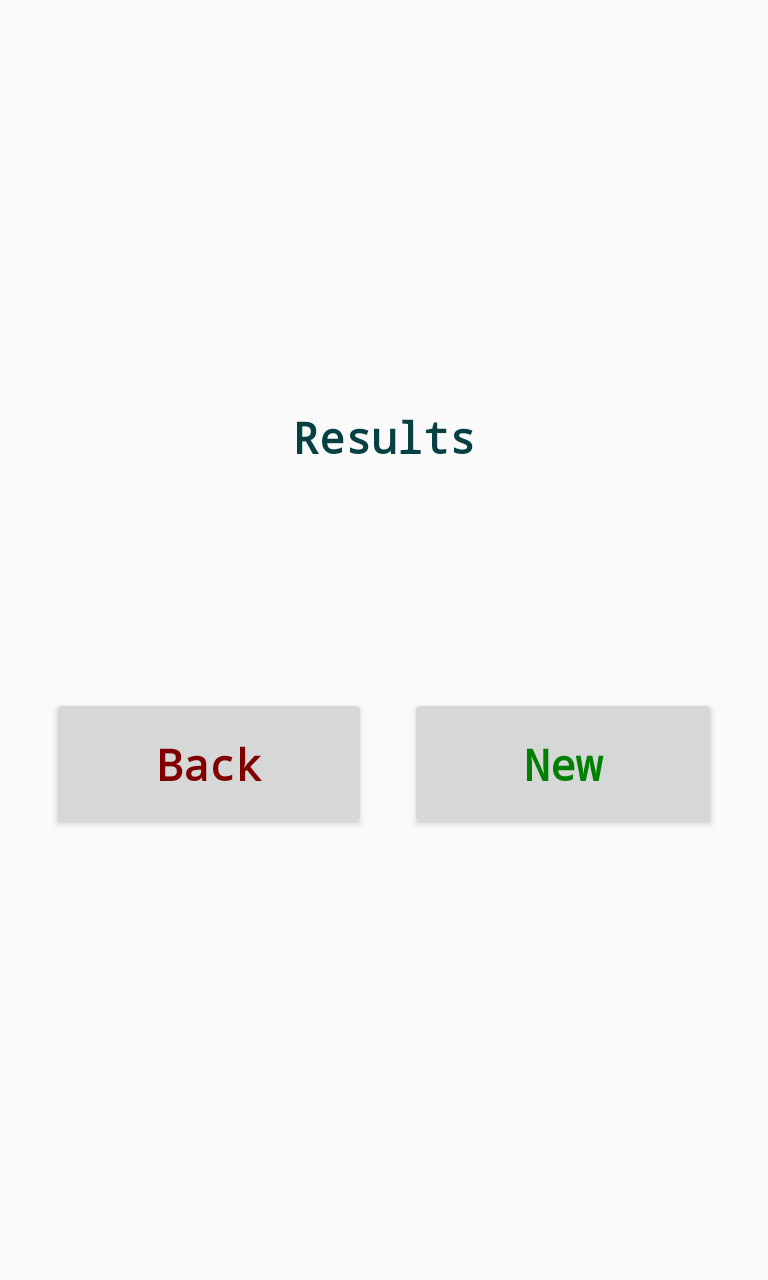
Repository: rontejada1991/Combinations-and-Permutations-Android-App
Layout: combinations/res/layout/activity_result.xml
The author's editor kept a copy of each file at every save. The layout is drawn from the files as they stood at one save, then again after the next save.
It is drawn on a 768 x 1280 px phone screen (xhdpi) without system bars, with theme AppTheme; the app's code is not run.

Above is the layout before, as saved 2014-11-07 22:01:15.

After the next save:
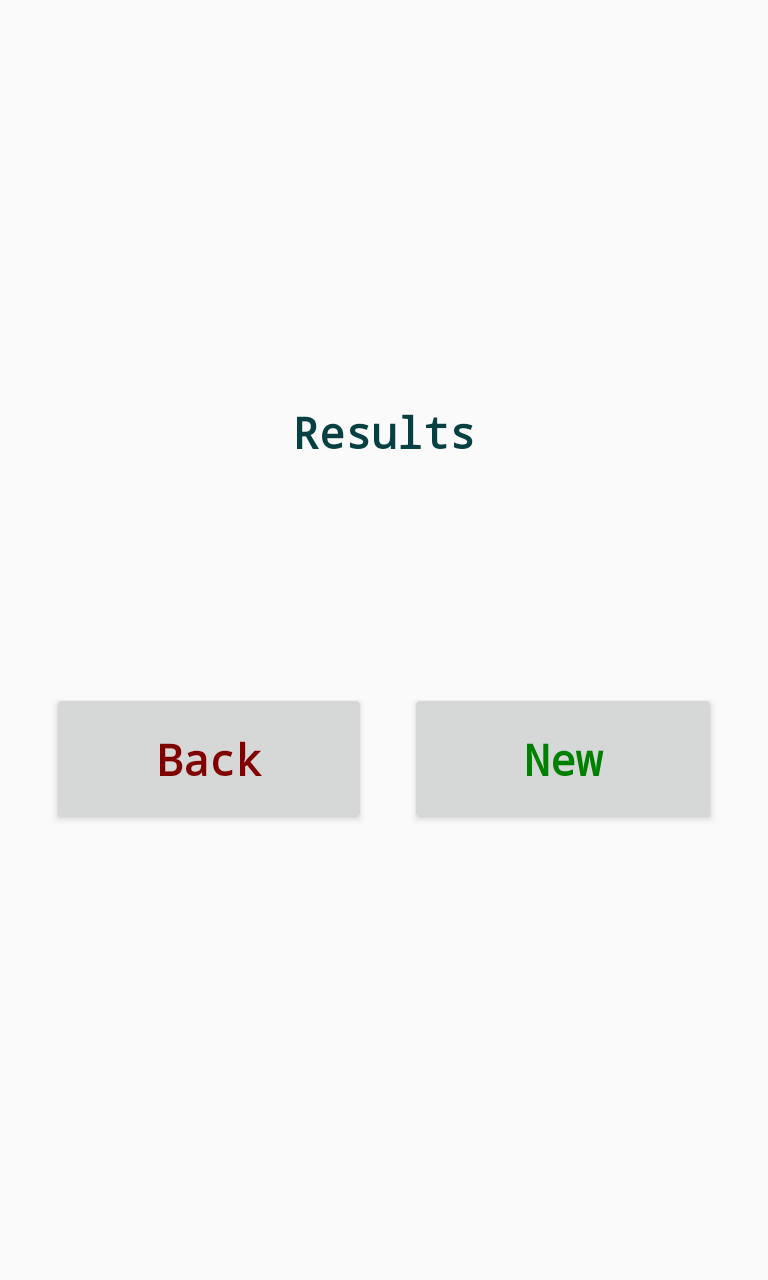
Saved 27 s later.
--- a/combinations/res/layout/activity_result.xml
+++ b/combinations/res/layout/activity_result.xml
@@ -38,7 +38,7 @@
 	    android:orientation="horizontal"
 	    android:gravity="center"
 	    android:weightSum="2"
-	    android:layout_marginBottom="20dp" >
+	    android:layout_marginBottom="25dp" >
 
     <Button
         android:id="@+id/b_back"
